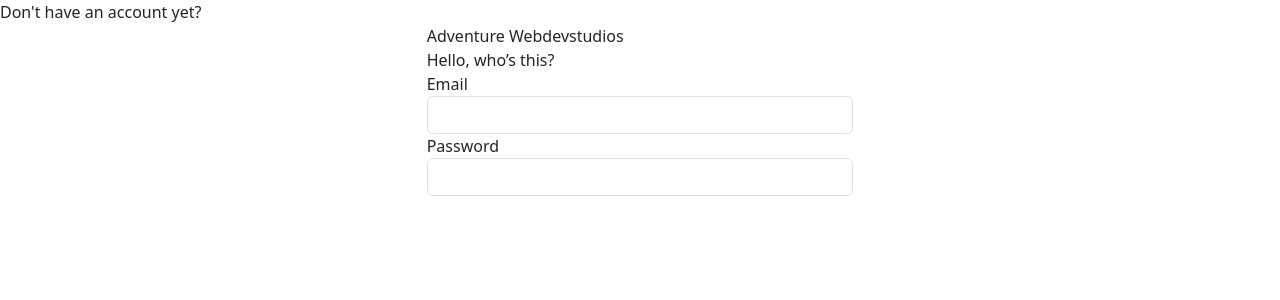
Repository: nnbxxx/React-Untimate
Page: /login
An editor plug-in stored every save of this project. The page is shown before and after the next save, followed by the edit.
The browser window is 1280 px wide. The pictures show the whole page.
The project was rebuilt for these pictures with package versions that can differ from the ones it lists, and the page was loaded fresh each time. Also part of the build but not shown: src/components/Header/header.js, src/App.js, src/components/User/User.js, src/components/Admin/SideBar.scss, src/components/Admin/SideBar.js, src/components/Admin/Admin.scss, src/components/Admin/Admin.js, src/components/Home/HomePage.js and 12 more. Imported but missing from the stored project, and not drawn on this page: src/assets/video-homepage.webm.

Above is the page before, as saved 2023-04-12 20:32:23.

### src/index.js
import React from "react";
import ReactDOM from "react-dom/client";
import App from "./App";
import reportWebVitals from "./reportWebVitals";
import { Provider } from "react-redux";
import store from "./redux/store";
import "bootstrap/dist/css/bootstrap.min.css";
import User from "./components/User/User";
import Admin from "./components/Admin/Admin";
import HomePage from "./components/Home/HomePage";
import ManageUser from "./components/Admin/Content/ManageUser";
import DashBoard from "./components/Admin/Content/DashBoard";
import {
  createBrowserRouter,
  RouterProvider,
  BrowserRouter,
  Route,
  Routes,
} from "react-router-dom";
import Login from "./components/Auth/Login";

const root = ReactDOM.createRoot(document.getElementById("root"));
root.render(
  <Provider store={store}>
    {/* <React.StrictMode> */}
    <BrowserRouter>
      <Routes>
        <Route path='/' element={<App />}>
          <Route index element={<HomePage />} />
          <Route path='users' element={<User />} />
        </Route>
        <Route path='/admins' element={<Admin />}>
          <Route index element={<DashBoard />} />
          <Route path='manage-users' element={<ManageUser />} />
        </Route>
        <Route path='/login' element={<Login />} />
      </Routes>
    </BrowserRouter>

    {/* </React.StrictMode> */}
  </Provider>
);

// If you want to start measuring performance in your app, pass a function
// to log results (for example: reportWebVitals(console.log))
// or send to an analytics endpoint. Learn more: https://bit.ly/CRA-vitals
reportWebVitals();

### src/components/Auth/Login.js
import "./Login.scss";
const Login = () => {
  return (
    <div className='login-container'>
      <div className='header mx-auto'>Don't have an account yet?</div>
      <div className='title col-4 mx-auto'>Adventure Webdevstudios</div>
      <div className='welcome col-4 mx-auto'>Hello, who’s this?</div>
      <div className='content-form col-4 mx-auto'>
        <div className='form-group'>
          <label>Email</label>
          <input type='email' className='form-control' />
        </div>
        <div className='form-group'>
          <label>Password</label>
          <input type='password' className='form-control' />
        </div>
      </div>
    </div>
  );
};
export default Login;

### src/App.scss
body {
  padding: 0;
  margin: 0;
  font-family: -apple-system, BlinkMacSystemFont, "Segoe UI", "Roboto", "Oxygen",
    "Ubuntu", "Cantarell", "Fira Sans", "Droid Sans", "Helvetica Neue",
    sans-serif;
  -webkit-font-smoothing: antialiased;
  -moz-osx-font-smoothing: grayscale;
}
.app-container {
  .header-container {
    .btn-login {
      border-radius: 4px;
      color: #262627;
      justify-content: center;
      line-height: 24px;
      margin: 0px 16px 0px 0px;
      padding: 8px 16px;
      text-align: center;
      border: 1px solid black;
    }
    .btn-signup {
      border-radius: 4px;
      color: #fff;
      background-color: #262627;
      justify-content: center;
      line-height: 24px;
      margin: 0px 16px 0px 0px;
      padding: 8px 16px;
      text-align: center;
      border: 1px solid black;

      &:hover {
        // opacity: 0.9;
        background-color: black;
      }
    }
    .navbar {
      z-index: 10;
      padding-top: 25px;
      background-color: rgba(0, 0, 0, 0) !important;
      .nav-link {
        &.active {
          color: #00bfff;
        }
      }
    }
  }
  .homepage-content {
    margin-top: 40px;
    padding: 0 100px;
    position: relative;
    width: 50%;
    display: flex;
    justify-content: center;
    flex-direction: column;
    gap: 20px;
    .title-1 {
      color: #262627;
      font-size: 60px;
      font-weight: 300;
      line-height: 76.8px;
      margin: 0px 0px 24px;
    }
    .title-2 {
      color: #262627;
      font-size: 20px;
      font-weight: 300;
      line-height: 31.2px;
      margin: 0px 0px 40px;
    }
    .btn-3 {
      background-color: #262627;
      border-radius: 4px;
      color: #fcfaf8;
      display: inline-block;
      justify-content: center;
      line-height: 24px;
      padding: 10px 20px;
      text-align: center;
      width: 200px;
      border: none;

      &:hover {
        // opacity: 0.9;
        background-color: black;
      }
    }
  }
}
video {
  position: fixed;
  bottom: 0;
  width: 100vw;
}
@media (min-width: 1450px) {
  .container,
  .container-lg,
  .container-md,
  .container-sm,
  .container-xl,
  .container-xxl {
    max-width: 1400px !important;
  }
}

Loaded but not shown: public/index.html (common file); src/reportWebVitals.js (common file); src/redux/store.js (common file); src/redux/reducer/rootReducer.js (common file); src/redux/reducer/counterReducer.js (common file); src/redux/action/counterAction.js (common file)

After the next save:
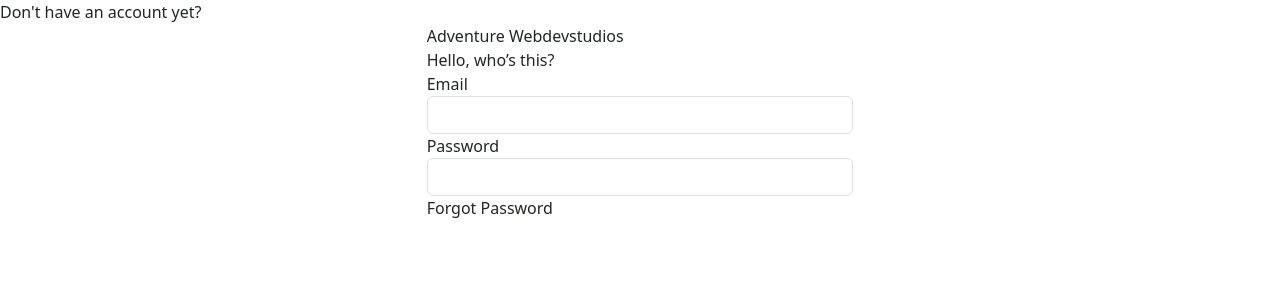
Saved 38 s later.
--- a/src/components/Auth/Login.js
+++ b/src/components/Auth/Login.js
@@ -14,6 +14,7 @@
           <label>Password</label>
           <input type='password' className='form-control' />
         </div>
+        <span>Forgot Password</span>
       </div>
     </div>
   );
